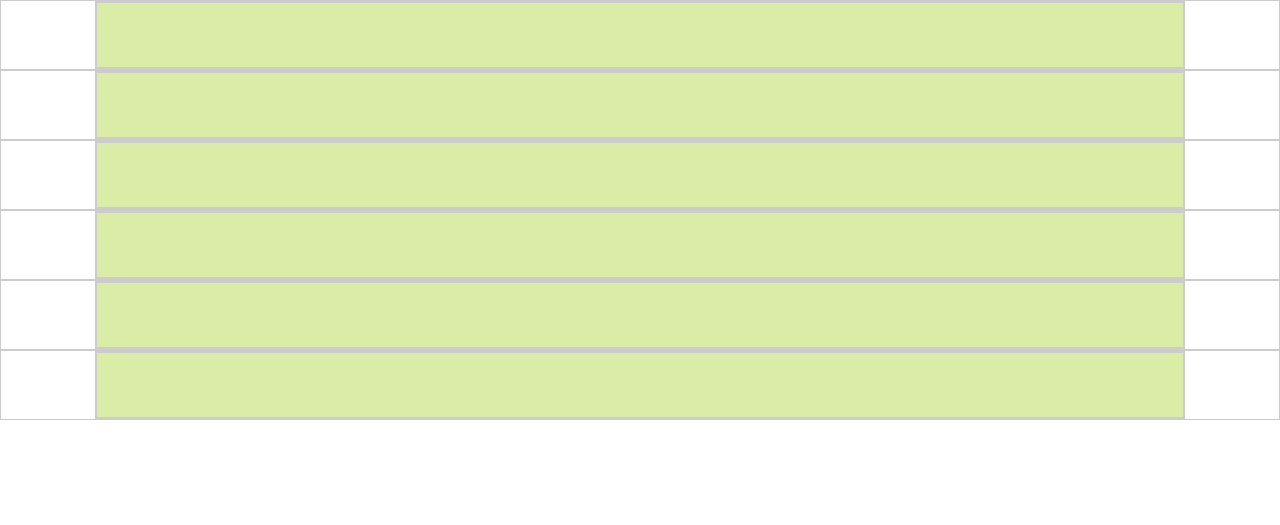
Repository: AlexBCIT/metrolicspractice
Page: index.html
These files come from the project's save history. The page is drawn as it stood at one moment and after the next save; the edit follows.
The browser window is 1280 px wide. The pictures show the whole page.

Above is the page before, as saved 2021-01-29 10:23:46.

### index.html
<!doctype html>
<html class="no-js" lang="">

<head>
    <meta charset="utf-8">
    <title></title>
    <meta name="description" content="">
    <meta name="viewport" content="width=device-width, initial-scale=1">

    <meta property="og:title" content="">
    <meta property="og:type" content="">
    <meta property="og:url" content="">
    <meta property="og:image" content="">

    <link rel="manifest" href="site.webmanifest">
    <link rel="apple-touch-icon" href="icon.png">
    <!-- Place favicon.ico in the root directory -->

    <link rel="stylesheet" href="css/normalize.css">
    <link rel="stylesheet" href="css/main.css">

    <meta name="theme-color" content="#fafafa">
</head>

<body>

    <div class="container">
        <div class="row">
            <div class="column">

            </div>
        </div>
    </div>
    <div class="container">
        <div class="row">
            <div class="column">

            </div>
        </div>
    </div>
    <div class="container">
        <div class="row">
            <div class="column">

            </div>
        </div>
    </div>
    <div class="container">
        <div class="row">
            <div class="column">

            </div>
        </div>
    </div>
    <div class="container">
        <div class="row">
            <div class="column">

            </div>
        </div>
    </div>
    <div class="container">
        <div class="row">
            <div class="column">

            </div>
        </div>
    </div>




    <script src="js/vendor/modernizr-3.11.2.min.js"></script>
    <script src="js/plugins.js"></script>
    <script src="js/main.js"></script>

    <!-- Google Analytics: change UA-XXXXX-Y to be your site's ID. -->
    <script>
        window.ga = function() {
            ga.q.push(arguments)
        };
        ga.q = [];
        ga.l = +new Date;
        ga('create', 'UA-XXXXX-Y', 'auto');
        ga('set', 'anonymizeIp', true);
        ga('set', 'transport', 'beacon');
        ga('send', 'pageview')
    </script>
    <script src="https://www.google-analytics.com/analytics.js" async></script>
</body>

</html>

### css/main.css
/*! HTML5 Boilerplate v8.0.0 | MIT License | https://html5boilerplate.com/ */


/* main.css 2.1.0 | MIT License | https://github.com/h5bp/main.css#readme */


/*
 * What follows is the result of much research on cross-browser styling.
 * Credit left inline and big thanks to Nicolas Gallagher, Jonathan Neal,
 * Kroc Camen, and the H5BP dev community and team.
 */


/* ==========================================================================
   Base styles: opinionated defaults
   ========================================================================== */

html {
    color: #222;
    font-size: 1em;
    line-height: 1.4;
}


/*
 * Remove text-shadow in selection highlight:
 * https://twitter.com/miketaylr/status/12228805301
 *
 * Vendor-prefixed and regular ::selection selectors cannot be combined:
 * https://stackoverflow.com/a/16982510/7133471
 *
 * Customize the background color to match your design.
 */

::-moz-selection {
    background: #b3d4fc;
    text-shadow: none;
}

::selection {
    background: #b3d4fc;
    text-shadow: none;
}


/*
 * A better looking default horizontal rule
 */

hr {
    display: block;
    height: 1px;
    border: 0;
    border-top: 1px solid #ccc;
    margin: 1em 0;
    padding: 0;
}


/*
 * Remove the gap between audio, canvas, iframes,
 * images, videos and the bottom of their containers:
 * https://github.com/h5bp/html5-boilerplate/issues/440
 */

audio,
canvas,
iframe,
img,
svg,
video {
    vertical-align: middle;
}


/*
 * Remove default fieldset styles.
 */

fieldset {
    border: 0;
    margin: 0;
    padding: 0;
}


/*
 * Allow only vertical resizing of textareas.
 */

textarea {
    resize: vertical;
}


/* ==========================================================================
   Author's custom styles
   ========================================================================== */

div,
header,
footer,
section {
    border: 1px solid #ccc;
    min-height: 4rem;
}

.column {
    background-color: rgb(218, 236, 166);
}

.row {
    display: grid;
    width: 85vw;
    max-width: 70rem;
    margin: 0 auto;
}

.col-2 {
    grid-template-columns: 1fr 1fr;
}


/* ==========================================================================
   UTILITY
   ========================================================================== */


/*
 * Hide visually and from screen readers
 */

.hidden,
[hidden] {
    display: none !important;
}


/*
 * Hide only visually, but have it available for screen readers:
 * https://snook.ca/archives/html_and_css/hiding-content-for-accessibility
 *
 * 1. For long content, line feeds are not interpreted as spaces and small width
 *    causes content to wrap 1 word per line:
 *    https://medium.com/@jessebeach/beware-smushed-off-screen-accessible-text-5952a4c2cbfe
 */

.sr-only {
    border: 0;
    clip: rect(0, 0, 0, 0);
    height: 1px;
    margin: -1px;
    overflow: hidden;
    padding: 0;
    position: absolute;
    white-space: nowrap;
    width: 1px;
    /* 1 */
}


/*
 * Extends the .sr-only class to allow the element
 * to be focusable when navigated to via the keyboard:
 * https://www.drupal.org/node/897638
 */

.sr-only.focusable:active,
.sr-only.focusable:focus {
    clip: auto;
    height: auto;
    margin: 0;
    overflow: visible;
    position: static;
    white-space: inherit;
    width: auto;
}


/*
 * Hide visually and from screen readers, but maintain layout
 */

.invisible {
    visibility: hidden;
}


/*
 * Clearfix: contain floats
 *
 * For modern browsers
 * 1. The space content is one way to avoid an Opera bug when the
 *    `contenteditable` attribute is included anywhere else in the document.
 *    Otherwise it causes space to appear at the top and bottom of elements
 *    that receive the `clearfix` class.
 * 2. The use of `table` rather than `block` is only necessary if using
 *    `:before` to contain the top-margins of child elements.
 */

.clearfix::before,
.clearfix::after {
    content: " ";
    display: table;
}

.clearfix::after {
    clear: both;
}


/* ==========================================================================
   EXAMPLE Media Queries for Responsive Design.
   These examples override the primary ('mobile first') styles.
   Modify as content requires.
   ========================================================================== */

@media only screen and (min-width: 35em) {
    /* Style adjustments for viewports that meet the condition */
}

@media print,
(-webkit-min-device-pixel-ratio: 1.25),
(min-resolution: 1.25dppx),
(min-resolution: 120dpi) {
    /* Style adjustments for high resolution devices */
}


/* ==========================================================================
   Print styles.
   Inlined to avoid the additional HTTP request:
   https://www.phpied.com/delay-loading-your-print-css/
   ========================================================================== */

@media print {
    *,
    *::before,
    *::after {
        background: #fff !important;
        color: #000 !important;
        /* Black prints faster */
        box-shadow: none !important;
        text-shadow: none !important;
    }
    a,
    a:visited {
        text-decoration: underline;
    }
    a[href]::after {
        content: " (" attr(href) ")";
    }
    abbr[title]::after {
        content: " (" attr(title) ")";
    }
    /*
   * Don't show links that are fragment identifiers,
   * or use the `javascript:` pseudo protocol
   */
    a[href^="#"]::after,
    a[href^="javascript:"]::after {
        content: "";
    }
    pre {
        white-space: pre-wrap !important;
    }
    pre,
    blockquote {
        border: 1px solid #999;
        page-break-inside: avoid;
    }
    /*
   * Printing Tables:
   * https://web.archive.org/web/20180815150934/http://css-discuss.incutio.com/wiki/Printing_Tables
   */
    thead {
        display: table-header-group;
    }
    tr,
    img {
        page-break-inside: avoid;
    }
    p,
    h2,
    h3 {
        orphans: 3;
        widows: 3;
    }
    h2,
    h3 {
        page-break-after: avoid;
    }
}

### js/plugins.js
// Avoid `console` errors in browsers that lack a console.
(function() {
  var method;
  var noop = function () {};
  var methods = [
    'assert', 'clear', 'count', 'debug', 'dir', 'dirxml', 'error',
    'exception', 'group', 'groupCollapsed', 'groupEnd', 'info', 'log',
    'markTimeline', 'profile', 'profileEnd', 'table', 'time', 'timeEnd',
    'timeline', 'timelineEnd', 'timeStamp', 'trace', 'warn'
  ];
  var length = methods.length;
  var console = (window.console = window.console || {});

  while (length--) {
    method = methods[length];

    // Only stub undefined methods.
    if (!console[method]) {
      console[method] = noop;
    }
  }
}());

// Place any jQuery/helper plugins in here.

Loaded but not shown: css/normalize.css (library); js/vendor/modernizr-3.11.2.min.js (library); js/main.js (no stored copy; drawn as an empty file)

After the next save:
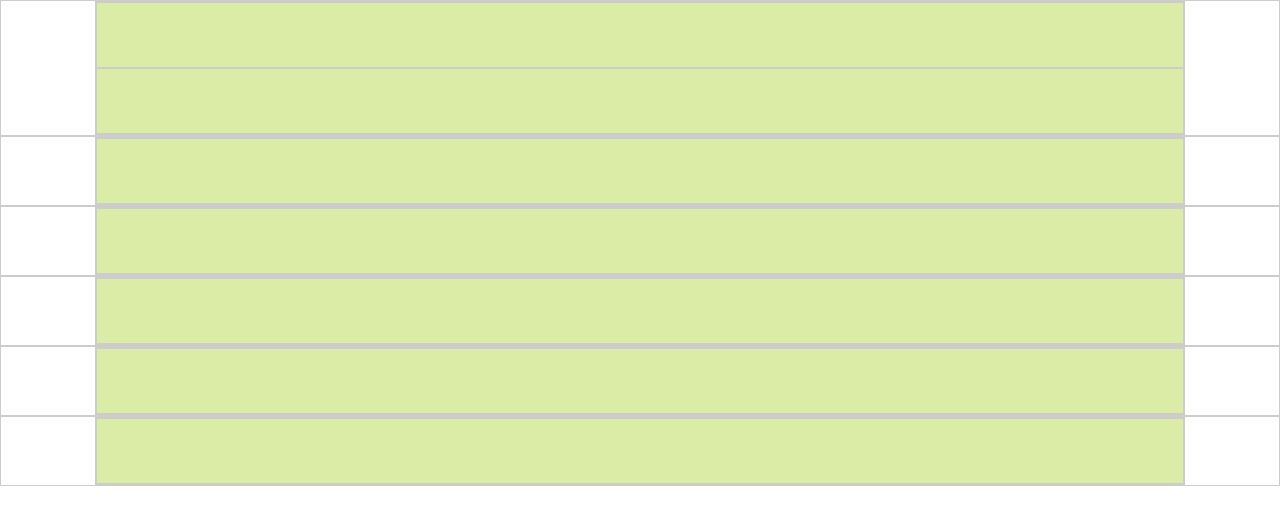
Saved 29 s later.
--- a/index.html
+++ b/index.html
@@ -26,7 +26,10 @@
 
     <div class="container">
         <div class="row">
-            <div class="column">
+            <div class="column col-2">
+
+            </div>
+            <div class="column col-2">
 
             </div>
         </div>
